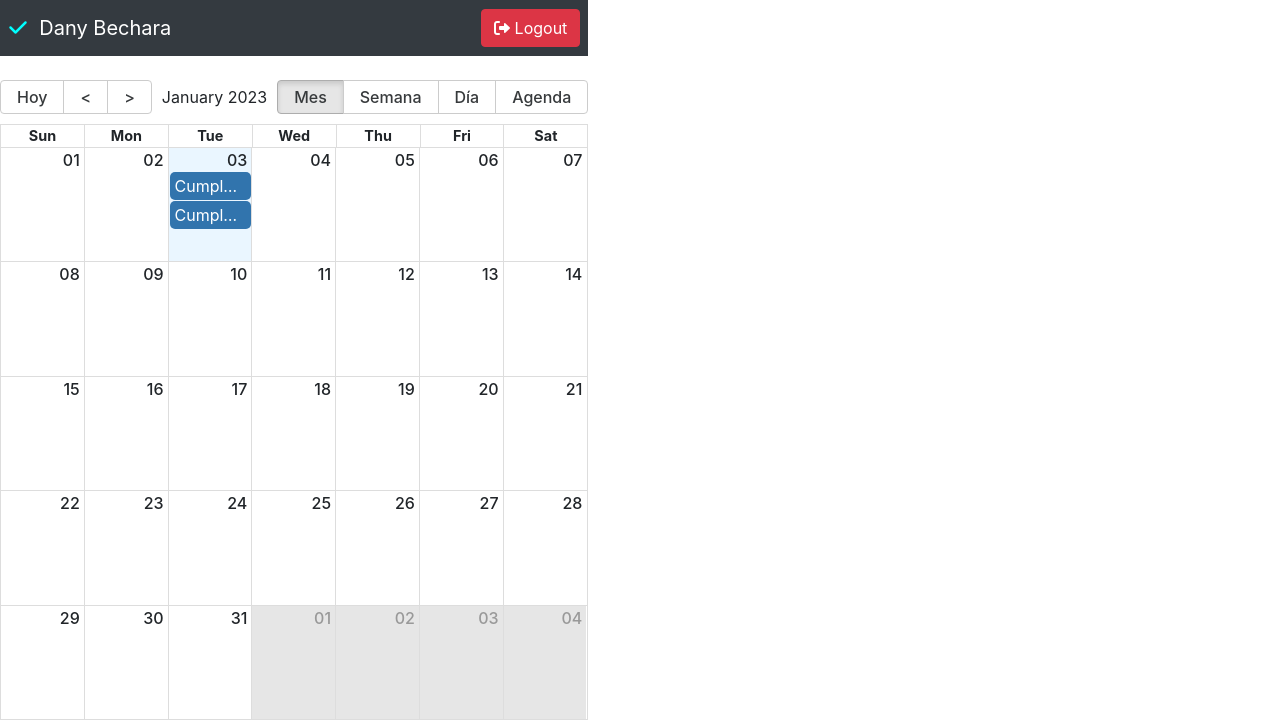
Repository: bechara611/calendar-frontend
Page: /
These files come from the project's save history. The page is drawn as it stood at one moment and after the next save; the edit follows.
The browser window is 1280 px wide. The pictures show the whole page.
The project was rebuilt for these pictures with package versions that can differ from the ones it lists, and the page was loaded fresh each time. Also part of the build but not shown: vite.config.js. Imported but missing from the stored project, and not drawn on this page: src/auth.

Above is the page before, as saved 2023-01-04 15:56:03.

### index.html
<!DOCTYPE html>
<html lang="en">
  <head>
    <meta charset="UTF-8" />
    <link rel="icon" type="image/svg+xml" href="/vite.svg" />
    <meta name="viewport" content="width=device-width, initial-scale=1.0" />
    <title>CalendarDB</title>
    <link rel="stylesheet" href="https://cdn.jsdelivr.net/npm/bootstrap@4.5.3/dist/css/bootstrap.min.css" integrity="sha384-TX8t27EcRE3e/ihU7zmQxVncDAy5uIKz4rEkgIXeMed4M0jlfIDPvg6uqKI2xXr2" crossorigin="anonymous">
    <link rel="stylesheet" href="https://cdnjs.cloudflare.com/ajax/libs/font-awesome/6.2.1/css/all.min.css" integrity="sha512-MV7K8+y+gLIBoVD59lQIYicR65iaqukzvf/nwasF0nqhPay5w/9lJmVM2hMDcnK1OnMGCdVK+iQrJ7lzPJQd1w==" crossorigin="anonymous" referrerpolicy="no-referrer" />
  </head>
  <body>
    <div id="root"></div>
    <script type="module" src="/src/main.jsx"></script>
  </body>
</html>

### src/main.jsx
import React from 'react'
import ReactDOM from 'react-dom/client'
import { BrowserRouter } from 'react-router-dom'
import { CalendarApp } from './CalendarApp'
import './styles.css'

ReactDOM.createRoot(document.getElementById('root')).render(


    <BrowserRouter>
      <CalendarApp />
    </BrowserRouter>

)

### src/CalendarApp.jsx
import React from 'react'
import { AppRouter } from './router/AppRouter'

export const CalendarApp = () => {
  return (
   <AppRouter></AppRouter>
  )
}

### src/router/AppRouter.jsx
import React from 'react'
import { Navigate, Route, Routes } from 'react-router-dom'
import { LoginPages } from '../auth/'
import { CalendarPages } from '../calendar/'


export const AppRouter = () => {
 // const authStatus = 'not-authenticated'
  const authStatus = 'authenticated'
  return (
    <Routes>
      {
        (authStatus === 'not-authenticated'
          ? <Route path='/auth/*' element={<LoginPages></LoginPages>}></Route>
          : <Route path='/*' element={<CalendarPages></CalendarPages>}></Route>
        )
      }
      <Route path='/*' element={<Navigate to={'/auth/login'}></Navigate>}></Route>

    </Routes>
  )
}

### src/calendar/index.js
export * from './pages/CalendarPages'
export * from './components/NavBar'

### src/calendar/pages/CalendarPages.jsx
import { addHours } from 'date-fns'

import 'react-big-calendar/lib/css/react-big-calendar.css'
import React from 'react'
import { Calendar } from 'react-big-calendar'
import { NavBar } from '../components/NavBar'
import { localizer } from '../../helpers/'
import { getMessages } from '../../helpers/Messages'




const events = [{
  title: 'Cumple de dany',
  notes: 'Torta para Dany',
  start: new Date(),
  end: addHours(new Date(), 1),
  bgColor: '#fafafa',
  user: {}
}, {
  title: 'Cumple de dany2',
  notes: 'Torta para Dany2',
  start: new Date(),
  end: addHours(new Date(), 2),
  bgColor: '#fafafa',
  user: {}
}]

const eventStyleGetter = (event, start, end, isSelected) => {
  console.log({ event, start, end, isSelected })

  const style = {
    backgroundColor: 'red',
    borderRadius: '100px',
    opacity: 0.8,
    color: 'white'
  }



    return (
      style
    )


}

export const CalendarPages = () => {

  return (
    <>
      <NavBar></NavBar>
      <Calendar
        localizer={localizer}
        events={events}
        startAccessor="start"
        endAccessor="end"
        messages={getMessages()}
        style={{ height: 'calc( 100vh - 80px )' }}
        eventPropGetter={eventStyleGetter}
      />
    </>

  )
}

### src/calendar/components/NavBar.jsx
import React from 'react'
import './NavBar.css'
export const NavBar = () => {
  return (
    <div className="navbar navbar-dark bg-dark mb-4 px-2">
    <span className='navbar-brand'>

    <i className="fa-sharp fa-solid fa-check icono"></i>

    &nbsp;
    Dany Bechara
    </span>
    <button className='btn btn-danger '>
    <i className="fa-solid fa-right-from-bracket"></i>

    <span> Logout</span>
    </button>
    </div>
  )
}

### src/helpers/index.js
export * from './CalendarLocalizer'

### src/helpers/Messages.js
export const getMessages =()=>{
    return {
        allDay: 'Todo el día',
        previous: '<',
        next: '>',
        today: 'Hoy',
        month: 'Mes',
        week: 'Semana',
        day: 'Día',
        agenda: 'Agenda',
        date: 'Fecha',
        time: 'Hora',
        event: 'Evento',
        noEventsInRange: 'No hay eventos en este rango',
        showMore: total => `+ Ver más (${total})`
    };
}

### src/calendar/components/NavBar.css
.icono{
color: aqua;
}

### src/helpers/CalendarLocalizer.js
import {format,parse,startOfWeek,getDay} from 'date-fns'
import enUS from 'date-fns/locale/en-US'
import { dateFnsLocalizer } from 'react-big-calendar'

const locales = {
    'en-US': enUS,
  }

 export const localizer = dateFnsLocalizer({
    format,
    parse,
    startOfWeek,
    getDay,
    locales,
  })

Loaded but not shown: src/styles.css (common file)

After the next save:
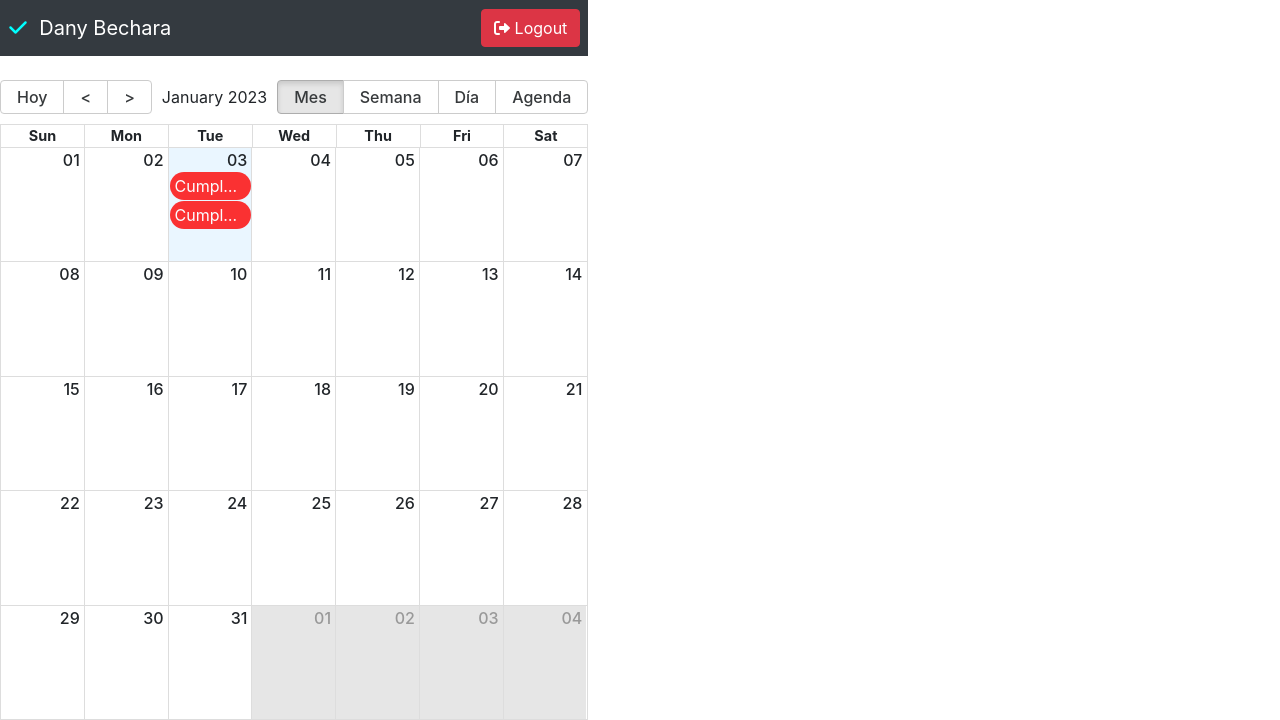
Saved 23 s later.
--- a/src/calendar/pages/CalendarPages.jsx
+++ b/src/calendar/pages/CalendarPages.jsx
@@ -38,9 +38,9 @@
 
 
 
-    return (
-      style
-    )
+    return {  style }
+
+
 
 
 }

After the save that followed:
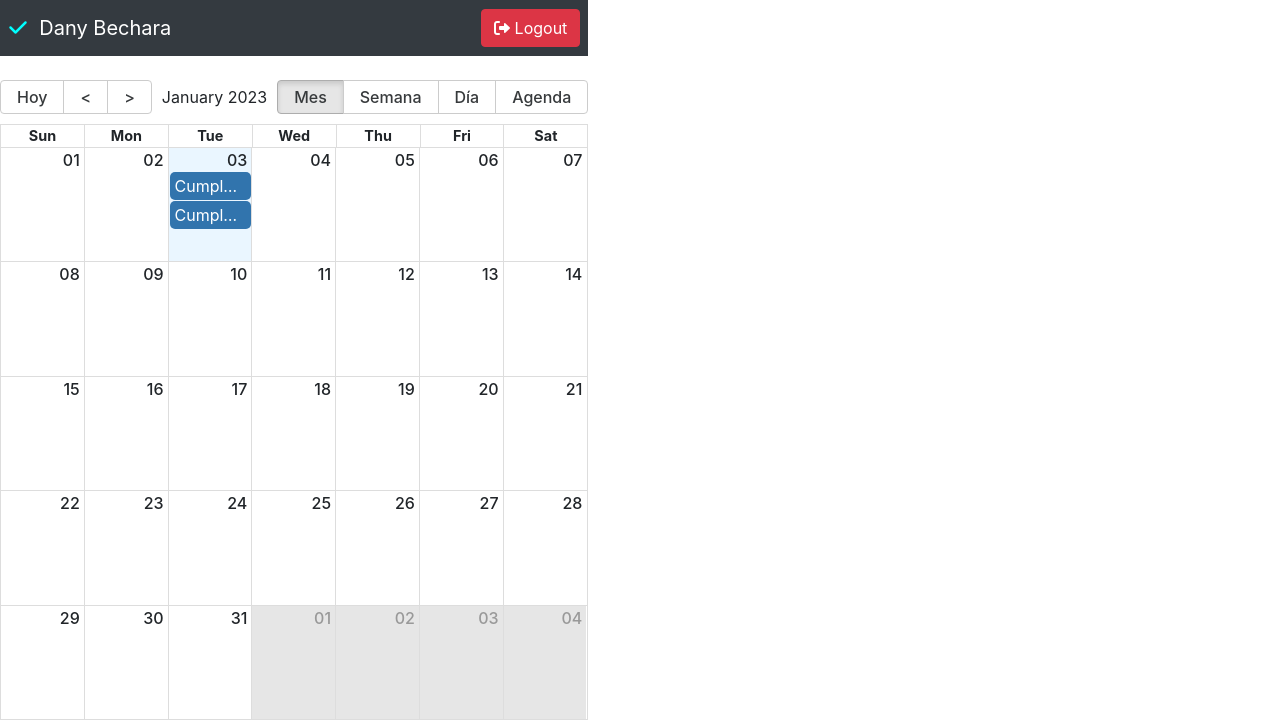
Saved 19 s later.
--- a/src/calendar/pages/CalendarPages.jsx
+++ b/src/calendar/pages/CalendarPages.jsx
@@ -37,8 +37,10 @@
   }
 
 
+  if(isSelected){
+    return {  style }
 
-    return {  style }
+  }
 
 
 
